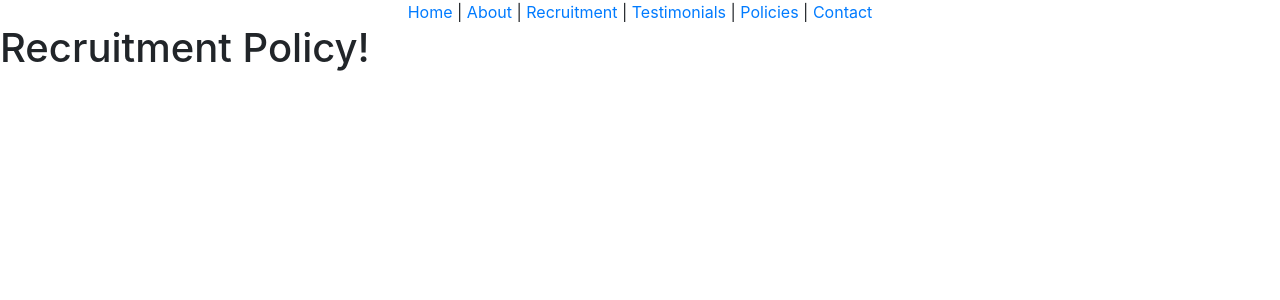
Repository: cerebrium/website
Page: /recruitment
These files come from the project's save history. The page is drawn as it stood at one moment and after the next save; the edit follows.
The browser window is 1280 px wide. The pictures show the whole page.
The project was rebuilt for these pictures with package versions that can differ from the ones it lists, and the page was loaded fresh each time. Also part of the build but not shown: src/Routes/About.jsx, src/Routes/Testimonials.jsx, src/Routes/Policies.jsx, src/Routes/Home.jsx, src/Routes/Contact.jsx.

Above is the page before, as saved 2019-11-02 11:48:43.

After the next save:
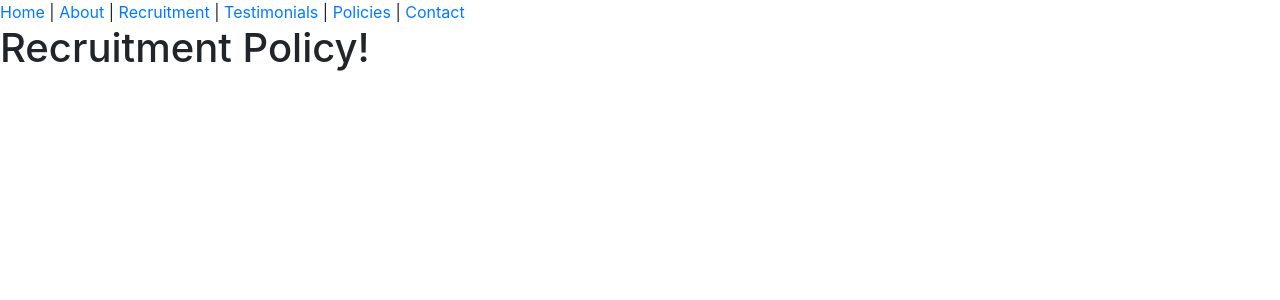
Saved 10 s later.
--- a/src/styles/App.css
+++ b/src/styles/App.css
@@ -4,6 +4,6 @@
 
 nav {
   position: flex;
-  text-align: center;
+  justify-content: space-between;
 
 }
